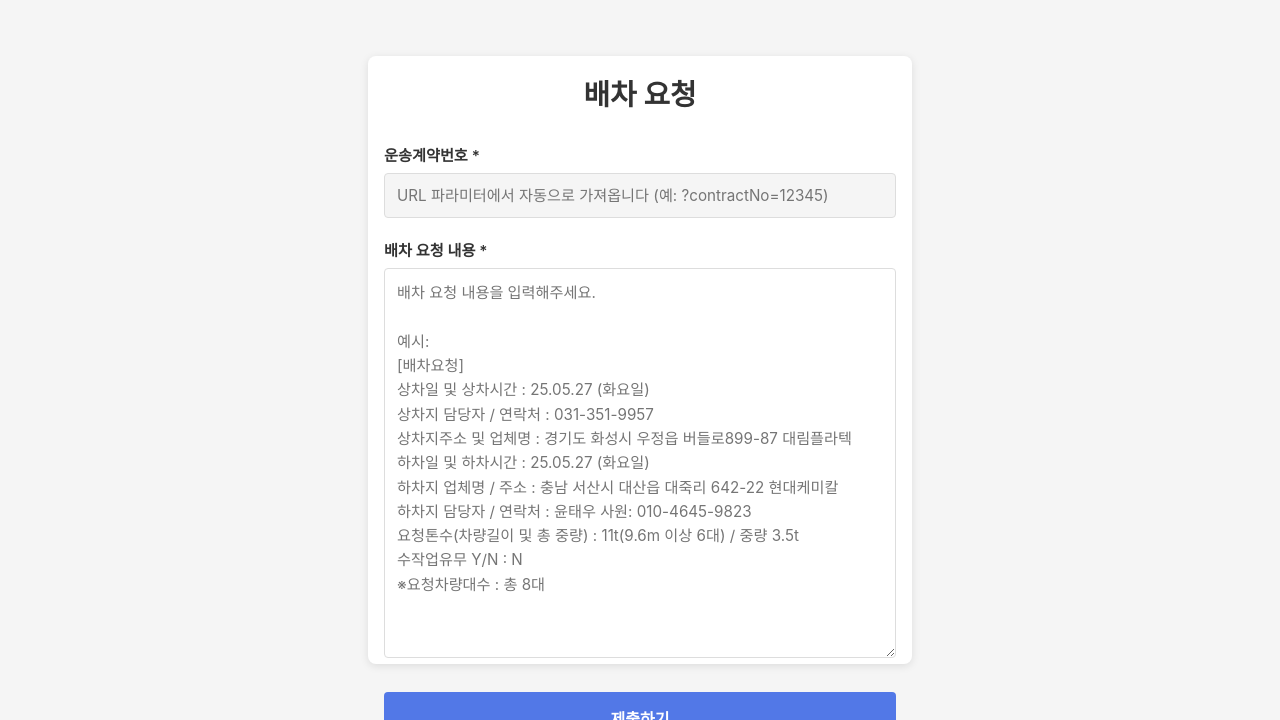
Repository: deul428/logis_transport
Page: / (app in frontend/)
An editor plug-in stored every save of this project. The page is shown before and after the next save, followed by the edit.
The browser window is 1280 px wide. The pictures show the whole page.
The project was rebuilt for these pictures with package versions that can differ from the ones it lists, and the page was loaded fresh each time. Also part of the build but not shown: frontend/src/App.scss.

Above is the page before, as saved 2025-11-13 13:49:37.

After the next save:
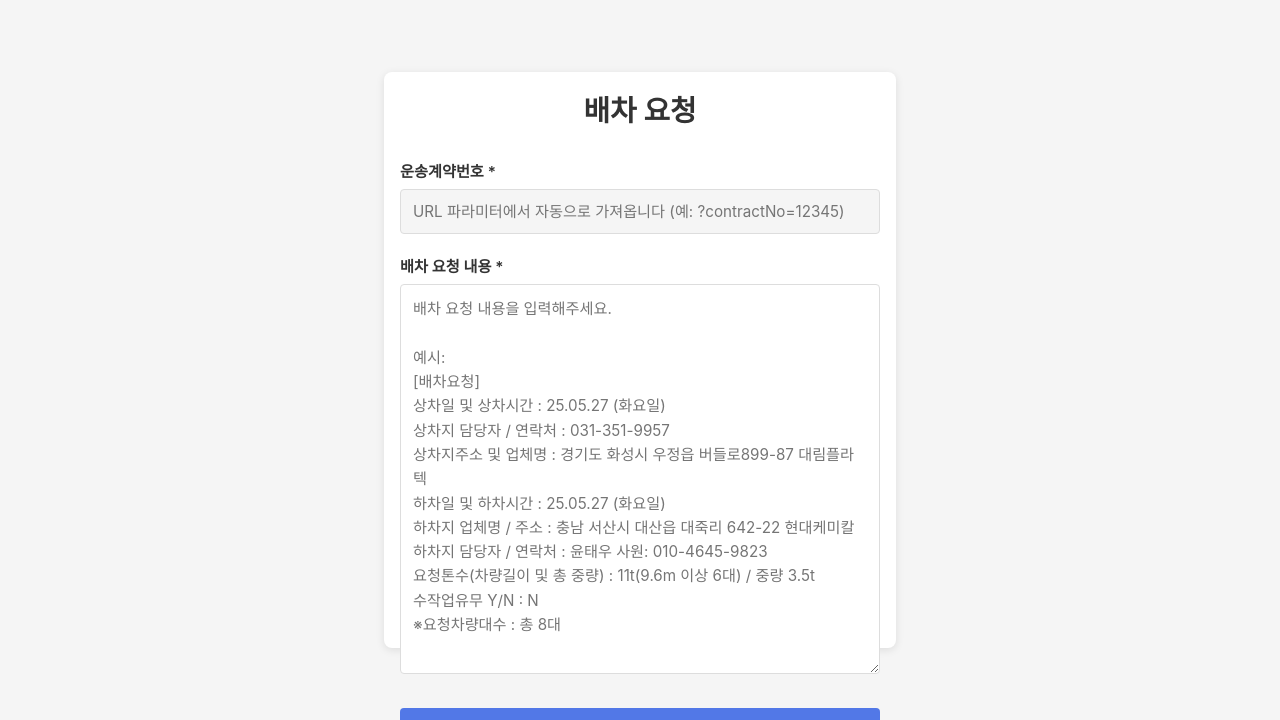
Saved 14 s later.
--- a/frontend/src/styles/transport.scss
+++ b/frontend/src/styles/transport.scss
@@ -11,8 +11,8 @@
 
   .cntnt_box {
     padding: 1rem;
-    height: 80%;
-    width: 40%;
+    height: calc(80% - 2rem);
+    width: calc(40% - 2rem);
     background-color: white;
     border-radius: 8px;
     box-shadow: 0 2px 8px rgba(0, 0, 0, 0.1);
